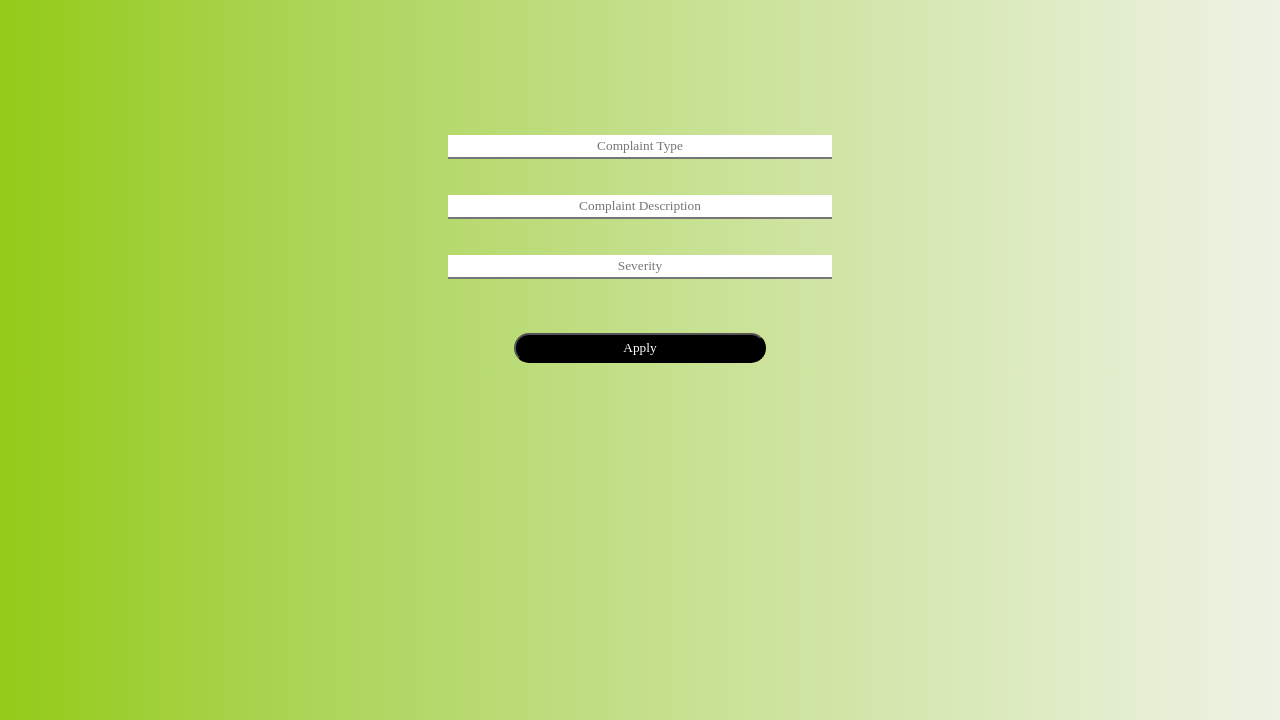
Repository: amitSai12/CMS
Page: http://localhost/ComplaintResolve/ComplaintApply.jsp
The author's editor kept a copy of each file at every save. The page is drawn from the files as they stood at one save, then again after the next save.
The browser window is 1280 px wide. The pictures show the whole page.
The page is served by Tomcat 9.

Above is the page before, as saved 2023-10-04 17:06:35.

After the next save:
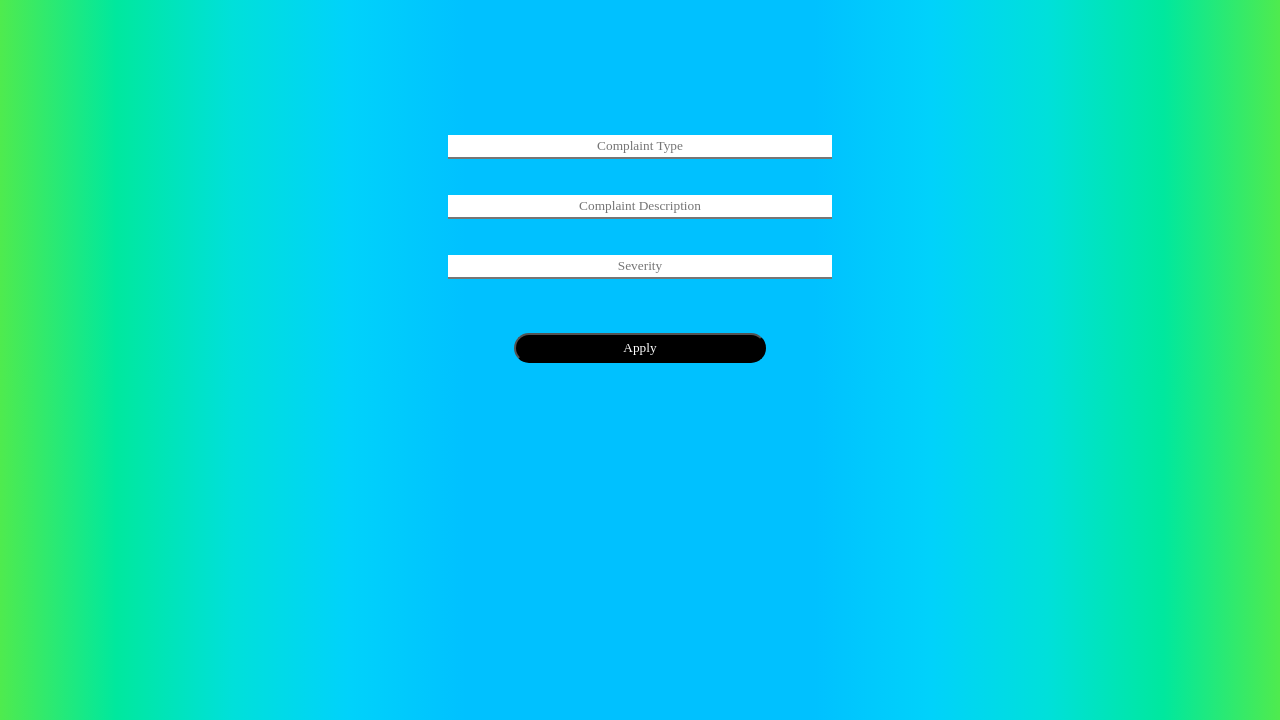
Saved 93 s later.
--- a/Day1_Thu/ComplaintResolve/src/main/webapp/ComplaintApply.jsp
+++ b/Day1_Thu/ComplaintResolve/src/main/webapp/ComplaintApply.jsp
@@ -9,7 +9,8 @@
 <meta charset="UTF-8">
 <title>Insert title here</title>
 </head>
-<body style="background-image: linear-gradient(to right, #94cb18, #add55a, #c4df8a, #d9e9b8, #eef2e5);">
+<body style="background-image: linear-gradient(to right, #4feb4e, #00e89e,
+ #00e0da, #00d2fb, #00c1ff, #00c1ff, #00c1ff, #00c1ff, #00d2fb, #00e0da, #00e89e, #4feb4e);">
 <center>
 <div style="margin-top:135px">
 	<form method="get" action="ComplaintApply.jsp">
